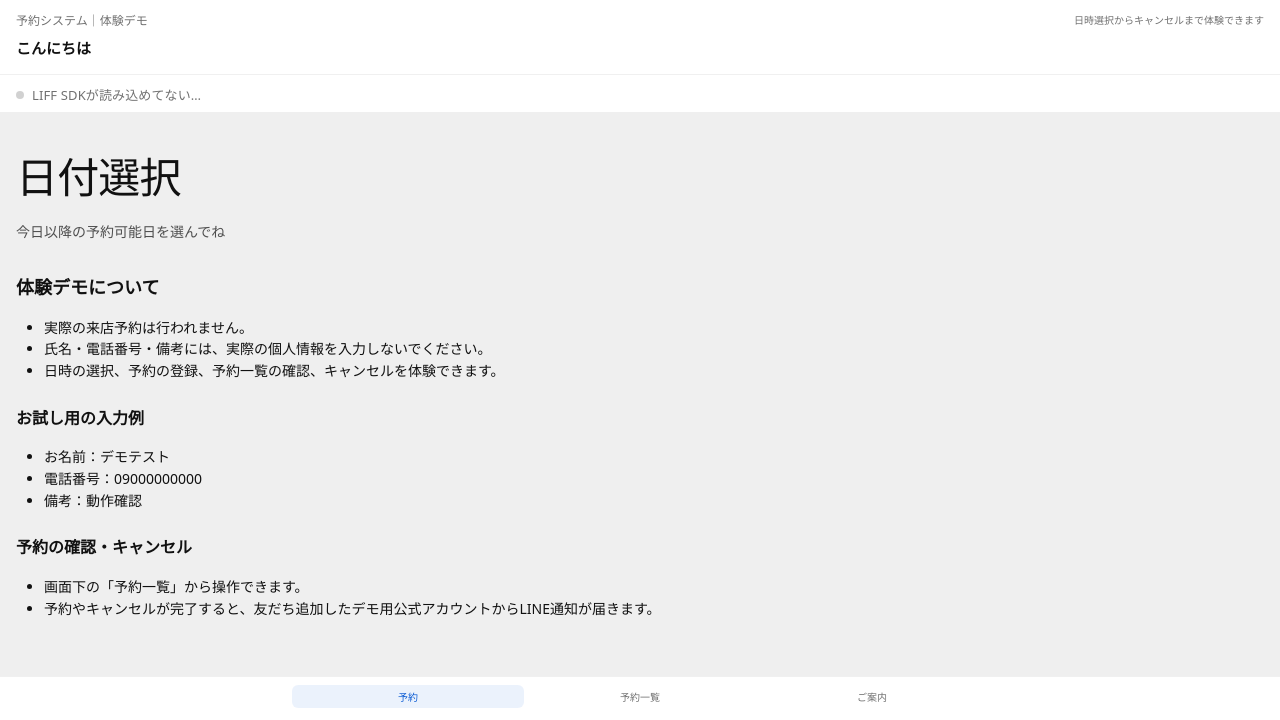
Repository: kazucv/reservation-demo
Page: index.html
The author's editor kept a copy of each file at every save. The page is drawn from the files as they stood at one save, then again after the next save.
The browser window is 1280 px wide. The pictures show the whole page.
Some icons come from a web library that is not loaded, so they are not drawn. An inner scrolling area shows only its first screen.

Above is the page before, as saved 2026-10-28 11:43:14.

After the next save:
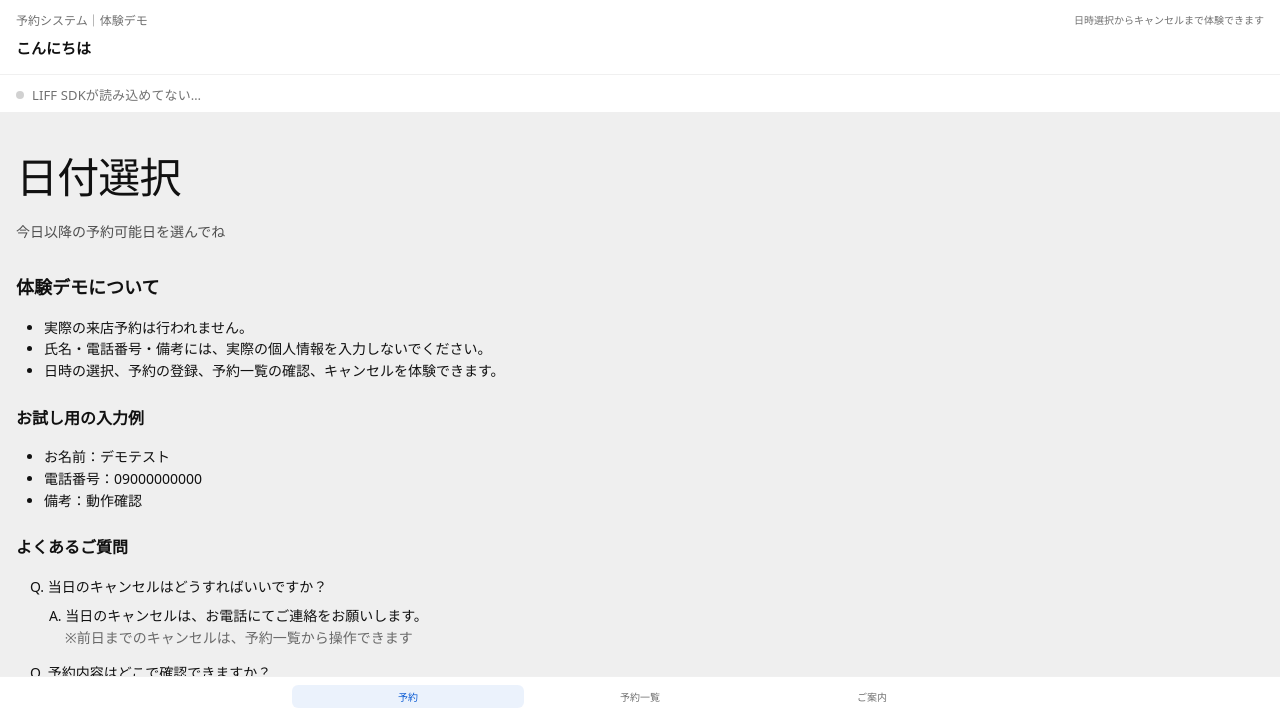
Saved 4 s later.
--- a/index.html
+++ b/index.html
@@ -856,11 +856,29 @@
               <li>備考：動作確認</li>
             </ul>
 
-            <h3 class="calendar-note__subtitle">予約の確認・キャンセル</h3>
-  <ul class="calendar-note__list">
-    <li>画面下の「予約一覧」から操作できます。</li>
-    <li>予約やキャンセルが完了すると、友だち追加したデモ用公式アカウントからLINE通知が届きます。</li>
-  </ul>
+            <h3 class="calendar-note__subtitle">よくあるご質問</h3>
+            <dl class="calendar-note__faq">
+              <div class="calendar-note__qa">
+                <dt>Q. 当日のキャンセルはどうすればいいですか？</dt>
+                <dd>
+                  A. 当日のキャンセルは、お電話にてご連絡をお願いします。
+                  <span class="calendar-note__sub">※前日までのキャンセルは、予約一覧から操作できます</span>
+                </dd>
+              </div>
+
+              <div class="calendar-note__qa">
+                <dt>Q. 予約内容はどこで確認できますか？</dt>
+                <dd>A. 「予約一覧」からご自身の予約を確認できます。</dd>
+              </div>
+
+              <div class="calendar-note__qa">
+                <dt>Q. キャンセルしたい場合はどうすればいいですか？</dt>
+                <dd>A. 予約一覧からキャンセルできます。</dd>
+              </div>
+            </dl>
+
+            <p class="calendar-note__hint">※予約状況はリアルタイムで更新されます</p>
+          </section>
         </section>
 
         <section id="viewSlots" class="view hidden">
